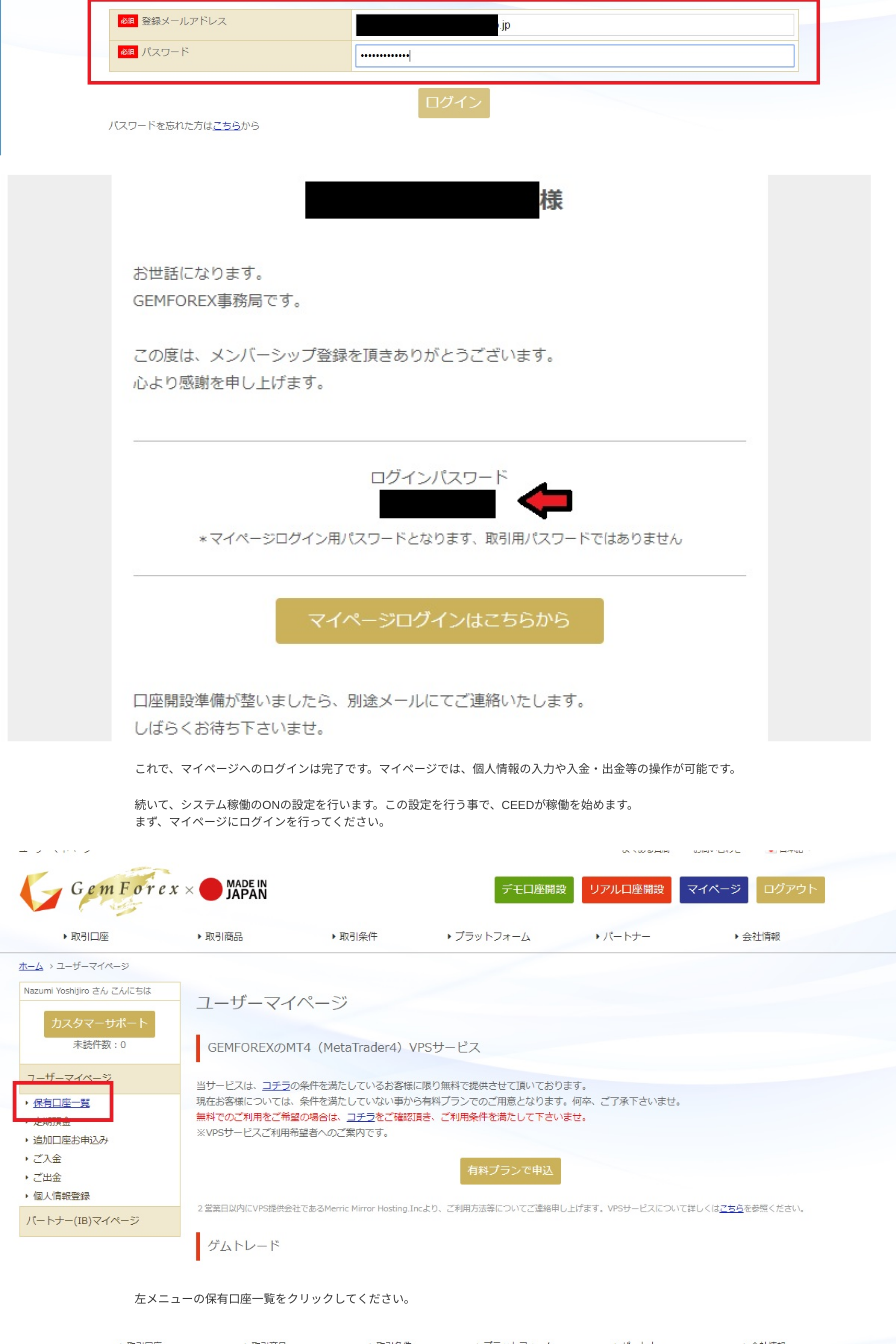
Repository: kkttuu1013/ProjectCeed
Page: http://localhost/start
The author's editor kept a record of every edit. The page is drawn from the files as they stood at one moment, then again after the next edit.
The browser window is 1280 px wide. The pictures show the part of the page from y = 3407 to 5327 px (the page is 12255 px tall before and 11417 px after), at 70% of full size.
Some web libraries are served in a nearby version. The page is served by the project's Node server (server.js).

Above is the page before.
Console error: ReferenceError: jQuery is not defined

After the next edit:
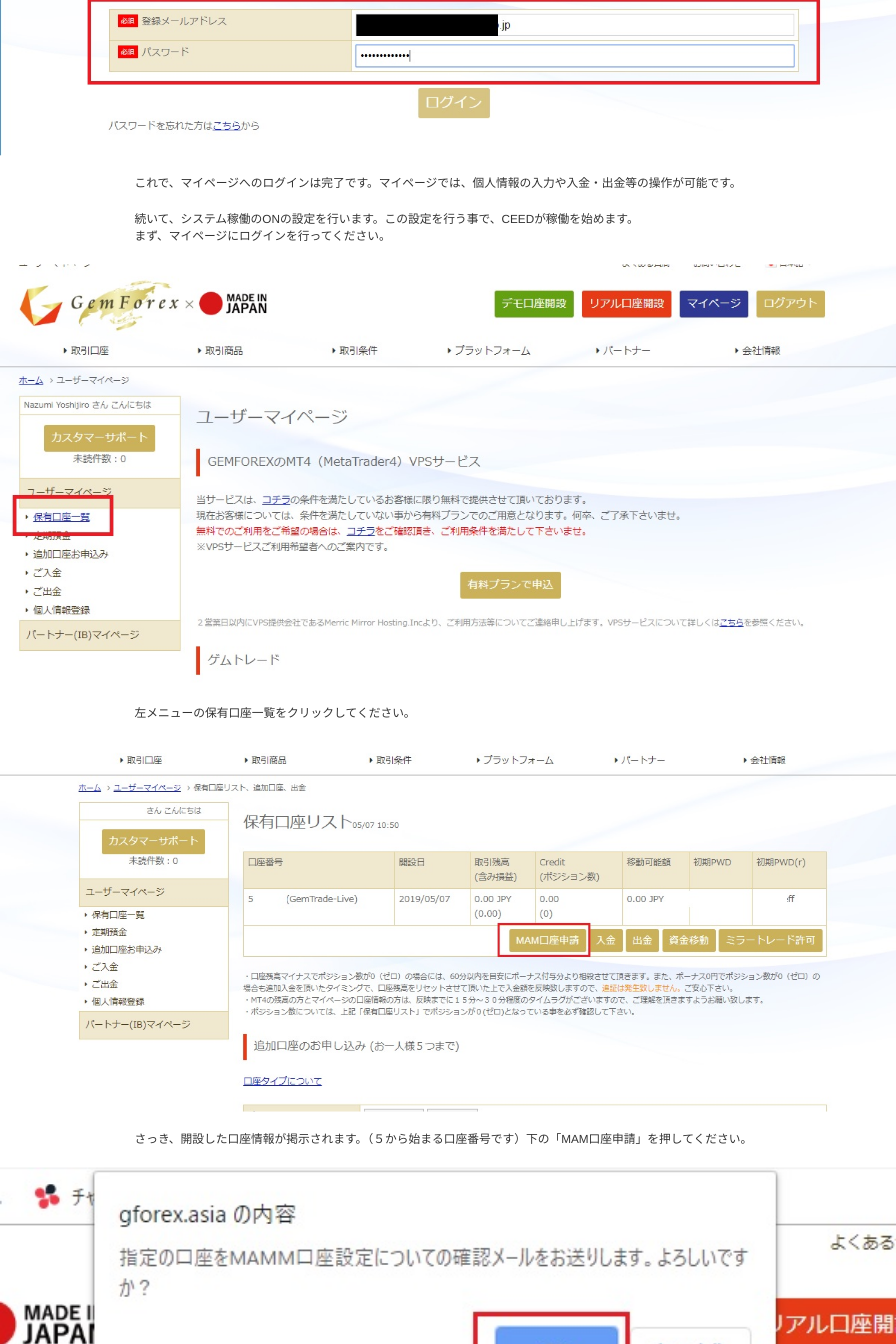
The edit:
--- a/views/start.ejs
+++ b/views/start.ejs
@@ -96,9 +96,7 @@
     <img class="responsiveImg" src="/images/6.jpg">
     </div>
 
-    <div class="wrapper5">
-    <img class="responsiveImg" src="/images/4.jpg">
-    </div>
+
     <div class="wrapper4">
     <p class="txt">
     これで、マイページへのログインは完了です。マイページでは、個人情報の入力や入金・出金等の操作が可能です。
